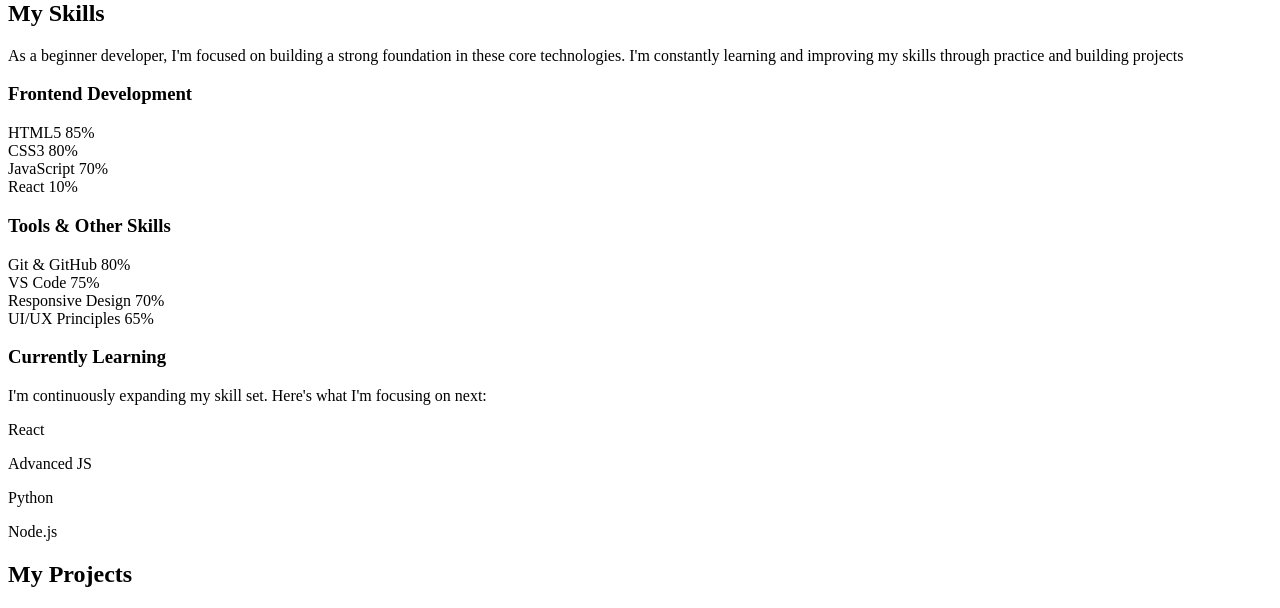
Repository: andajonas/ANDJON25111_fto2505_A_Anda-Jonas_CDV05
Page: index.html
The author's editor kept a copy of each file at every save. The page is drawn from the files as they stood at one save, then again after a run of saves.
The browser window is 1280 px wide. The pictures show the part of the page from y = 557 to 1191 px (the page is 1165 px tall before and 1191 px after).
A picture or video elsewhere on the page could not be fetched, so the positions and the page height are approximate.

Above is the page before, as saved 2025-09-19 17:37:19.

### index.html
<!DOCTYPE html>
<html lang="en">
<head>
    <meta charset="UTF-8">
    <meta name="viewport" content="width=device-width, initial-scale=1.0">
    <title>Anda Jonas| Developer Portfolio </title>

</head>
<body>
    <!-- Header and Navigation -->
     <header>
        <div class="container">
            <nav>
                <a href="#" class="logo">Beginner Software <span>Developer</span></a>
                <ul class="nav-links">
                    <li><a href="#home">Home</a></li>
                    <li><a href="#skills">Skills</a></li>
                    <li><a href="#projects">Projects</a></li>
                    <li><a href="#contact">Contact</a></li>
                </ul>
            </nav>
        </div>
    </header>

    <!-- Hero Section -->
     <section id="home" class="hero">
        <div class="container">
            <div class="hero-content">
                <div class="hero-text">
                    <h1>Hello, I'm Anda Jonas.<span> A beginner Software Developer.</span></h1>
                    <p>I'm passionate about learning software development and building solutions that make a difference. Currently expanding my skills in web development and programming fundamentals.</p>
                    <div class="hero-btns">
                        <a href="#projects" class="btn">View My Projects</a>
                        <a href="#contact" class="btn btn-outline">Contact Me</a>
                    </div>
                </div>
                <div class="hero-image">
                    <img src="profile.jpg" alt="Anda Jonas">
                    </div>
            </div>
        </div>
     </section>

     <!-- Skills Section -->
      <section id="skills" class="skills">
        <div class="container">
            <h2 class="section-title">My Skills</h2>
            <p>As a beginner developer, I'm focused on building a strong foundation in these core technologies. I'm constantly learning and improving my skills through practice and building projects</p>
            <div class="skills-container">
                <div class="skill-category">
                    <h3><i class="fas fa-code"></i> Frontend Development</h3>
                    <div class="skill-item">
                        <div class="skill-header">
                            <span class="skill-name">HTML5</span>
                            <span class="skill-level">85%</span>
                        </div>
                        <div class="skill-bar">
                            <div class="skill-progress" style="width: 85%"></div>
                        </div>
                    </div>
                    <div class="skill-item">
                        <div class="skill-header">
                            <span class="skill-name">CSS3</span>
                            <span class="skill-level">80%</span>
                        </div>
                        <div class="skill-bar">
                            <div class="skill-progress" style="width: 80%"></div>
                        </div>
                    </div>
                    <div class="skill-item">
                        <div class="skill-header">
                            <span class="skill-name">JavaScript</span>
                            <span class="skill-level">70%</span>
                        </div>
                        <div class="skill-bar">
                            <div class="skill-progress" style="width: 70%"></div>
                        </div>
                    </div>
                    <div class="skill-item">
                        <div class="skill-header">
                            <span class="skill-name">React</span>
                            <span class="skill-level">10%</span>
                        </div>
                        <div class="skill-bar">
                            <div class="skill-progress" style="width: 10%"></div>
                        </div>
                    </div>
                </div>

                <div class="skill-category">
                    <h3><i class="fas fa-tools"></i> Tools & Other Skills</h3>
                    <div class="skill-item">
                        <div class="skill-header">
                            <span class="skill-name">Git & GitHub</span>
                            <span class="skill-level">80%</span>
                        </div>
                        <div class="skill-bar">
                            <div class="skill-progress" style="width: 80%"></div>
                        </div>
                    </div>
                    <div class="skill-item">
                        <div class="skill-header">
                            <span class="skill-name">VS Code</span>
                            <span class="skill-level">75%</span>
                        </div>
                        <div class="skill-bar">
                            <div class="skill-progress" style="width: 75%"></div>
                        </div>
                    </div>
                    <div class="skill-item">
                        <div class="skill-header">
                            <span class="skill-name">Responsive Design</span>
                            <span class="skill-level">70%</span>
                        </div>
                        <div class="skill-bar">
                            <div class="skill-progress" style="width: 70%"></div>
                        </div>
                    </div>
                    <div class="skill-item">
                        <div class="skill-header">
                            <span class="skill-name">UI/UX Principles</span>
                            <span class="skill-level">65%</span>
                        </div>
                        <div class="skill-bar">
                            <div class="skill-progress" style="width: 65%"></div>
                         <div>
                            <div>
                            </div>
                         </div>

                         <div class="learning-path">
                            <h3>Currently Learning</h3>
                            <p>I'm continuously expanding my skill set. Here's what I'm focusing on next:</p>
                            <div class="path-items">
                                <div class="path-item">
                                    <i class="fab fa-react"></i>
                                    <p>React</p>
                                </div>
                                <div class="path-item">
                                    <i class="fab fa-js-square"></i>
                                    <p>Advanced JS</p>
                                </div>
                                <div class="path-item">
                                    <i class="fas fa-database"></i>
                                    <p>Python</p>
                                </div>
                                <div class="path-item">
                                    <i class="fab fa-node-js"></i>
                                    <p>Node.js</p>
                                </div>
                            </div>
                        </div>
                         </div>
                        </section>

<!-- Projects Section -->
<section id="projects" class="projects">
    <div class="container">
        <h2 class="section-title">My Projects</h2>
        <div class="projects-container">
            <div class="project">

After the next 5 saves:
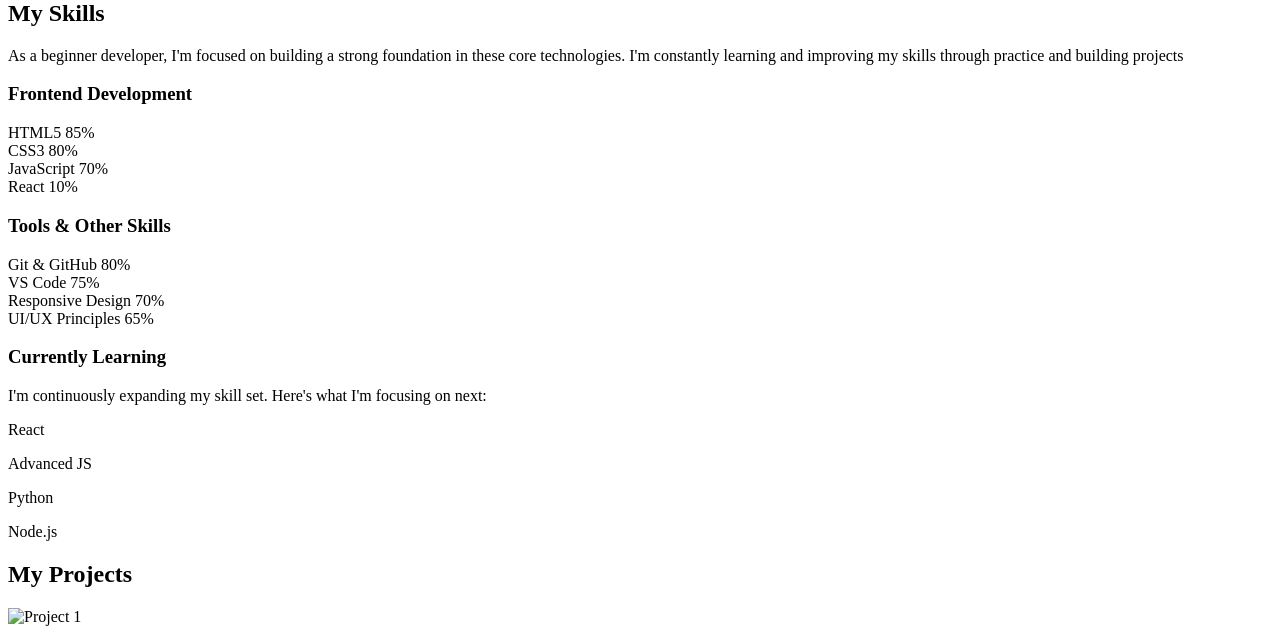
Not found: project1.jpg
The 5 saves are shown as one change because they came seconds apart.
The last was saved 16 s later.
--- a/index.html
+++ b/index.html
@@ -159,3 +159,5 @@
         <h2 class="section-title">My Projects</h2>
         <div class="projects-container">
             <div class="project">
+                <div class="project-image">
+                    <img src="project1.jpg" alt="Project 1">
